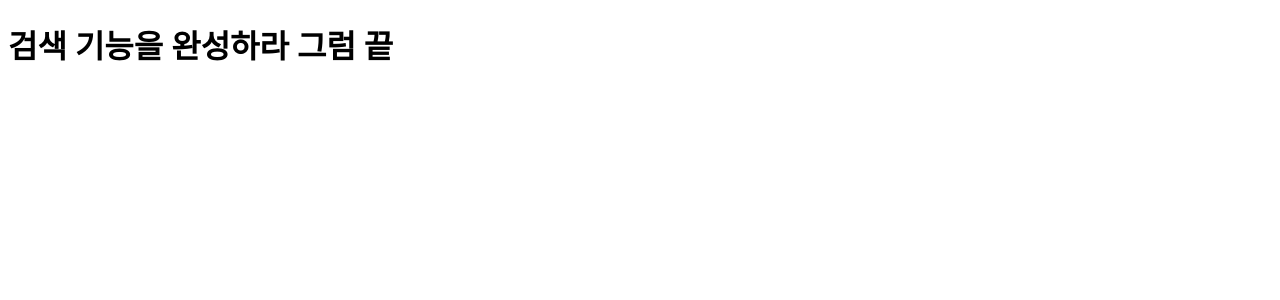
Repository: CISXO/JSP
Page: http://localhost/DB_Project/DB/Search.jsp
The author's editor kept a copy of each file at every save. The page is drawn from the files as they stood at one save, then again after the next save.
The browser window is 1280 px wide. The pictures show the whole page.
The page is served by Tomcat 9.

Above is the page before, as saved 2022-12-21 23:16:59.

### DbProject/DB_Project/src/main/webapp/DB/Search.jsp
<%@ page language="java" contentType="text/html; charset=EUC-KR"
    pageEncoding="EUC-KR"%>
<!DOCTYPE html>
<html>
<head>
<meta charset="EUC-KR">
<title>Insert title here</title>
</head>
<body>
<h1>검색 기능을 완성하라 그럼 끝</h1>

</body>
</html>

After the next save:
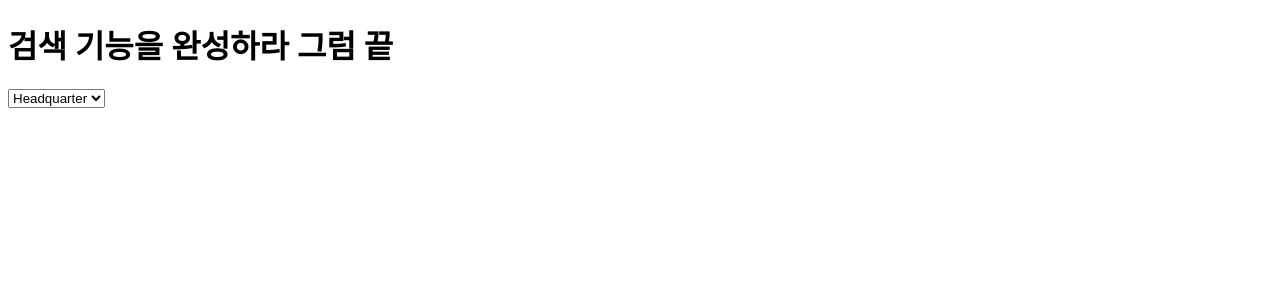
Saved 3 min 43 s later.
--- a/DbProject/DB_Project/src/main/webapp/DB/Search.jsp
+++ b/DbProject/DB_Project/src/main/webapp/DB/Search.jsp
@@ -9,5 +9,17 @@
 <body>
 <h1>검색 기능을 완성하라 그럼 끝</h1>
 
+       <div class="row">
+      <select name="select">
+        <option>Headquarter</option>
+        <option>Engineer</option>
+        <option>line</option>
+        <option>station</option>
+        <option>train</option>
+        <option>traincode</option>
+        <option>vehicle</option>
+        <option>connect</option>
+      </select>
+        </div>
 </body>
 </html>
